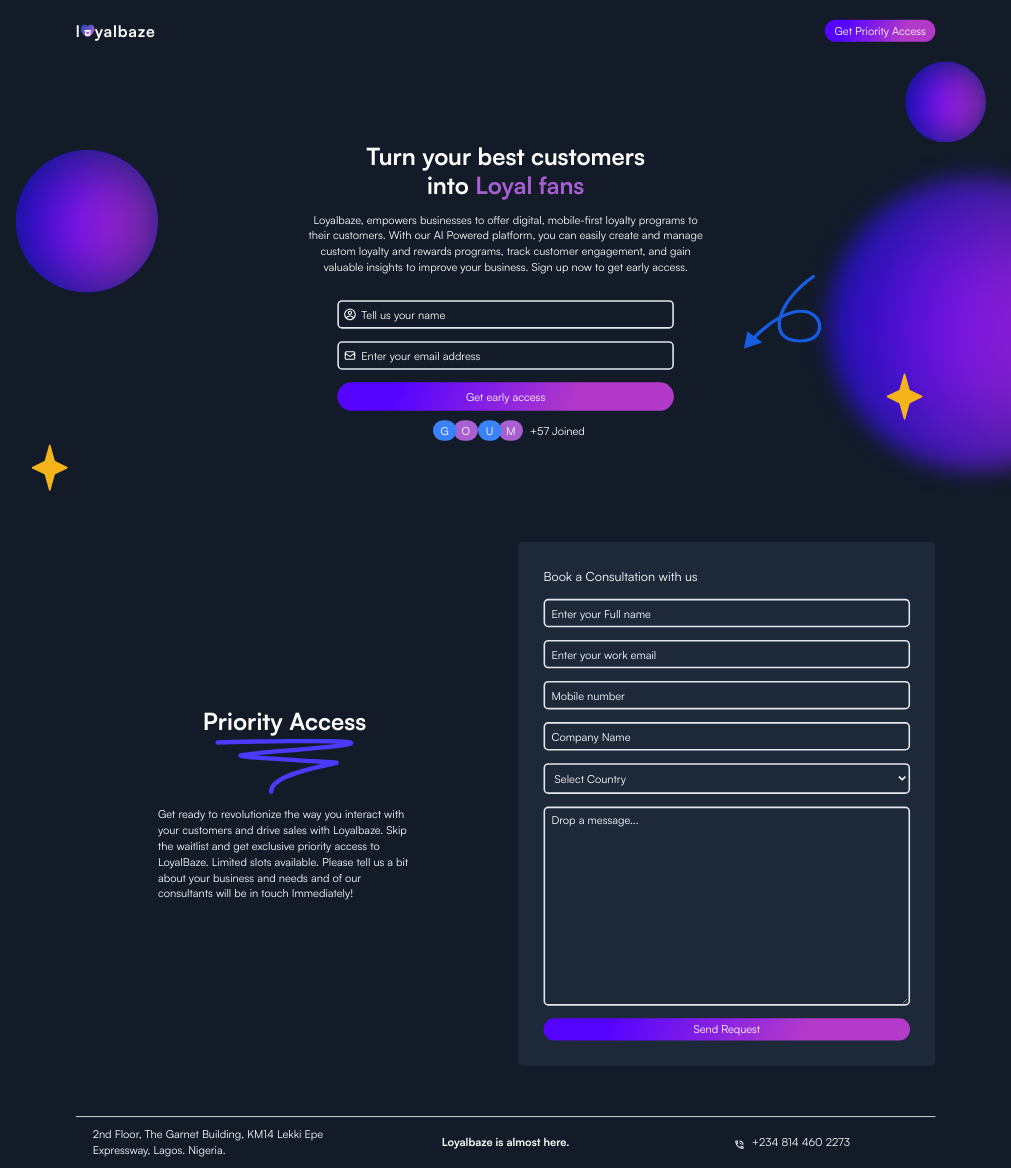
Repository: Jerified/loyalbaze
Page: /
These files come from the project's save history. The page is drawn as it stood at one moment and after the next save; the edit follows.
The browser window is 1280 px wide. The pictures show the whole page, at 79% of full size.
The project was rebuilt for these pictures with package versions that can differ from the ones it lists, and the page was loaded fresh each time. The framework's server and built-in components were replaced by stand-ins that run in the browser. Also part of the build but not shown: next.config.js.

Above is the page before, as saved 2023-02-14 17:44:24.

### src/app/layout.tsx
import Header from '@/components/Header'
import localFont from '@next/font/local'
import './globals.css'
// import Providers from '../../';

const satoshi = localFont({
  src: [
    {
      path: '../../public/fonts/Satoshi-Regular.woff2',
      weight: '400',
    },
    {
      path: '../../public/fonts/Satoshi-Bold.woff2',
      weight: '700',
    },
  ]
})

export default function RootLayout({
  children,
}: {
  children: React.ReactNode
}) {
  return (
    <html lang="en">
      <head />
      <body className={satoshi.className}>
          <Header />
          {children}
      </body>
    </html>
  );
}

### src/app/page.tsx
import Contents from "@/components/Contents";
import Footer from "@/components/Footer";
import Form from "@/components/Form";


export default async function Home() {

  return  (
  <main className=''>
    <Contents />
    <Form />
    <Footer />
  </main>
  )
}

### src/components/Header.tsx
import { AiFillHome } from "react-icons/ai";
import { BsFillInfoCircleFill } from "react-icons/bs";
import Link from "next/link";

export default function Header() {
  return (
    <div className="flex justify-between px-8 sm:mx-auto items-center py-6 max-w-6xl mx-auto">
      <div className="text-xl font-semibold tracking-wider flex items-end justify-end">
        l
        <div className="relative">
          <svg
            width="10"
            height="8"
            viewBox="0 0 10 8"
            fill="none"
            xmlns="http://www.w3.org/2000/svg"
            className="absolute bottom-2 right-[0.23rem]"
          >
            <path
              d="M8.42822 3V5.57143C8.42822 6.51857 7.66108 7.28571 6.71394 7.28571H3.28537C2.33822 7.28571 1.57108 6.51857 1.57108 5.57143V3C1.57108 2.76429 1.76394 2.57143 1.99965 2.57143H2.84394C3.07965 2.57143 3.27251 2.76429 3.27251 3V4.34571C3.27295 4.5733 3.36327 4.7915 3.5238 4.95283C3.68432 5.11416 3.90207 5.20556 4.12965 5.20714C4.29251 5.20714 4.45537 5.16 4.59679 5.06571L5.00394 4.8L5.38108 5.05286C5.64251 5.22857 5.97679 5.25 6.25537 5.1C6.53822 4.95 6.71394 4.66286 6.71394 4.34143V3C6.71394 2.76429 6.90679 2.57143 7.14251 2.57143H7.99965C8.23537 2.57143 8.42822 2.76429 8.42822 3ZM9.07108 0.857143V1.28571C9.07108 1.75714 8.84394 2.14286 8.21394 2.14286H1.78537C1.12965 2.14286 0.928223 1.75714 0.928223 1.28571V0.857143C0.928223 0.385714 1.12965 0 1.78537 0H8.21394C8.84394 0 9.07108 0.385714 9.07108 0.857143Z"
              fill="white"
            />
          </svg>

          <span className="w-">
            <svg
              width="18"
              height="30"
              viewBox="0 0 34 30"
              fill="none"
              xmlns="http://www.w3.org/2000/svg"
            >
              <path
                d="M24.4002 0.169922C21.3835 0.169922 18.6835 1.63659 17.0002 3.88659C16.1404 2.73461 15.0239 1.79891 13.7394 1.15375C12.4549 0.508585 11.0376 0.171731 9.60016 0.169922C4.4835 0.169922 0.333496 4.33659 0.333496 9.48659C0.333496 11.4699 0.650163 13.3033 1.20016 15.0033C3.8335 23.3366 11.9502 28.3199 15.9668 29.6866C16.5335 29.8866 17.4668 29.8866 18.0335 29.6866C22.0502 28.3199 30.1668 23.3366 32.8002 15.0033C33.3502 13.3033 33.6668 11.4699 33.6668 9.48659C33.6668 4.33659 29.5168 0.169922 24.4002 0.169922Z"
                fill="url(#paint0_linear_1098_9360)"
              />
              <defs>
                <linearGradient
                  id="paint0_linear_1098_9360"
                  x1="2.3335"
                  y1="0.333333"
                  x2="19.3335"
                  y2="22.5"
                  gradientUnits="userSpaceOnUse"
                >
                  <stop stop-color="#175CE1" stop-opacity="0.71" />
                  <stop offset="1" stop-color="#A75FD2" stop-opacity="0.94" />
                </linearGradient>
              </defs>
            </svg>
          </span>
        </div>
        yalbaze
      </div>

      <button className=" px-3 py-1 rounded-full bg-[linear-gradient(112.92deg,_#5404FF_18.35%,rgba(189,_59,_210,_0.94)_71.49%)] text-sm">
        <div className="bg-inherit">Get Priority Access</div>
      </button>
    </div>
  );
}

### src/app/globals.css


@tailwind base;
@tailwind components;
@tailwind utilities;

body{
  background-color: #121B27;
  color: white;
  font-family: 'satoshi';
}

@layer components {
  input {
  @apply bg-inherit border-2 w-full rounded-md py-1 px-2 pl-2 placeholder:text-[14px] caret-[#A75FD2] outline-none placeholder:text-white
  }
}

### src/components/Contents.tsx
import React from 'react'
import {CgProfile} from 'react-icons/cg'
import { HiOutlineMail } from "react-icons/hi";

const Contents = () => {
  return (
    <div className="pt-8 lg:pt-0 pb-16 relative px-8">
      <div className="hidden lg:flex justify-end">
        <svg
          width="102"
          height="102"
          viewBox="0 0 102 102"
          fill="none"
          xmlns="http://www.w3.org/2000/svg"
        >
          <g filter="url(#filter0_i_1098_9860)">
            <circle
              cx="51"
              cy="51"
              r="51"
              fill="url(#paint0_linear_1098_9860)"
            />
          </g>
          <defs>
            <filter
              id="filter0_i_1098_9860"
              x="0"
              y="0"
              width="103.02"
              height="104.04"
              filterUnits="userSpaceOnUse"
              color-interpolation-filters="sRGB"
            >
              <feFlood flood-opacity="0" result="BackgroundImageFix" />
              <feBlend
                mode="normal"
                in="SourceGraphic"
                in2="BackgroundImageFix"
                result="shape"
              />
              <feColorMatrix
                in="SourceAlpha"
                type="matrix"
                values="0 0 0 0 0 0 0 0 0 0 0 0 0 0 0 0 0 0 127 0"
                result="hardAlpha"
              />
              <feOffset dx="1.02" dy="2.04" />
              <feGaussianBlur stdDeviation="25.5" />
              <feComposite
                in2="hardAlpha"
                operator="arithmetic"
                k2="-1"
                k3="1"
              />
              <feColorMatrix
                type="matrix"
                values="0 0 0 0 0 0 0 0 0 0.113725 0 0 0 0 0.431373 0 0 0 1 0"
              />
              <feBlend
                mode="normal"
                in2="shape"
                result="effect1_innerShadow_1098_9860"
              />
            </filter>
            <linearGradient
              id="paint0_linear_1098_9860"
              x1="5.1"
              y1="70.89"
              x2="100.108"
              y2="75.3654"
              gradientUnits="userSpaceOnUse"
            >
              <stop stop-color="#5404FF" />
              <stop offset="0.899616" stop-color="#BA2AD1" />
            </linearGradient>
          </defs>
        </svg>
      </div>
      <div className="absolute left-5 hidden lg:block -z-1">
        <svg
          width="180"
          height="200"
          viewBox="0 0 200 200"
          fill="none"
          xmlns="http://www.w3.org/2000/svg"
        >
          <g filter="url(#filter0_i_3346_6249)">
            <circle
              cx="100"
              cy="100"
              r="100"
              fill="url(#paint0_linear_3346_6249)"
            />
          </g>
          <defs>
            <filter
              id="filter0_i_3346_6249"
              x="0"
              y="0"
              width="202"
              height="204"
              filterUnits="userSpaceOnUse"
              color-interpolation-filters="sRGB"
            >
              <feFlood flood-opacity="0" result="BackgroundImageFix" />
              <feBlend
                mode="normal"
                in="SourceGraphic"
                in2="BackgroundImageFix"
                result="shape"
              />
              <feColorMatrix
                in="SourceAlpha"
                type="matrix"
                values="0 0 0 0 0 0 0 0 0 0 0 0 0 0 0 0 0 0 127 0"
                result="hardAlpha"
              />
              <feOffset dx="2" dy="4" />
              <feGaussianBlur stdDeviation="50" />
              <feComposite
                in2="hardAlpha"
                operator="arithmetic"
                k2="-1"
                k3="1"
              />
              <feColorMatrix
                type="matrix"
                values="0 0 0 0 0 0 0 0 0 0.113725 0 0 0 0 0.431373 0 0 0 1 0"
              />
              <feBlend
                mode="normal"
                in2="shape"
                result="effect1_innerShadow_3346_6249"
              />
            </filter>
            <linearGradient
              id="paint0_linear_3346_6249"
              x1="10"
              y1="139"
              x2="196.289"
              y2="147.775"
              gradientUnits="userSpaceOnUse"
            >
              <stop stop-color="#5404FF" />
              <stop offset="0.899616" stop-color="#BA2AD1" />
            </linearGradient>
          </defs>
        </svg>
      </div>
      <div className="absolute right-0 hidden lg:block -z-1">
        <svg
          width="260"
          height="460"
          viewBox="0 0 279 460"
          fill="none"
          xmlns="http://www.w3.org/2000/svg"
        >
          <g filter="url(#filter0_if_3250_3646)">
            <circle
              cx="230"
              cy="230"
              r="200"
              fill="url(#paint0_linear_3250_3646)"
            />
          </g>
          <defs>
            <filter
              id="filter0_if_3250_3646"
              x="0"
              y="0"
              width="460"
              height="460"
              filterUnits="userSpaceOnUse"
              color-interpolation-filters="sRGB"
            >
              <feFlood flood-opacity="0" result="BackgroundImageFix" />
              <feBlend
                mode="normal"
                in="SourceGraphic"
                in2="BackgroundImageFix"
                result="shape"
              />
              <feColorMatrix
                in="SourceAlpha"
                type="matrix"
                values="0 0 0 0 0 0 0 0 0 0 0 0 0 0 0 0 0 0 127 0"
                result="hardAlpha"
              />
              <feOffset dx="4" dy="8" />
              <feGaussianBlur stdDeviation="100" />
              <feComposite
                in2="hardAlpha"
                operator="arithmetic"
                k2="-1"
                k3="1"
              />
              <feColorMatrix
                type="matrix"
                values="0 0 0 0 0 0 0 0 0 0.113725 0 0 0 0 0.431373 0 0 0 1 0"
              />
              <feBlend
                mode="normal"
                in2="shape"
                result="effect1_innerShadow_3250_3646"
              />
              <feGaussianBlur
                stdDeviation="15"
                result="effect2_foregroundBlur_3250_3646"
              />
            </filter>
            <linearGradient
              id="paint0_linear_3250_3646"
              x1="50"
              y1="308"
              x2="422.578"
              y2="325.551"
              gradientUnits="userSpaceOnUse"
            >
              <stop stop-color="#5404FF" />
              <stop offset="0.899616" stop-color="#BA2AD1" />
            </linearGradient>
          </defs>
        </svg>
      </div>

      <h1 className="font-bold text-center text-3xl max-w-sm mx-auto">
        Turn your best customers into{" "}
        <span className="text-[#A75FD2] ">Loyal fans</span>
      </h1>
      <p className="text-center pt-4 max-w-[22rem] md:max-w-lg mx-auto text-sm z-100">
        Loyalbaze, empowers businesses to offer digital, mobile-first loyalty
        programs to their customers. With our AI Powered platform, you can
        easily create and manage custom loyalty and rewards programs, track
        customer engagement, and gain valuable insights to improve your
        business. Sign up now to get early access.
      </p>
      <form
        action=""
        className="pt-8 grid place-items-center gap-4 pb-3 relative"
      >
        <div className="absolute right-[13rem] top-0 hidden lg:block">
          <svg
            width="99"
            height="94"
            viewBox="0 0 99 94"
            fill="none"
            xmlns="http://www.w3.org/2000/svg"
          >
            <path
              d="M89.8737 3.49999C90.82 2.84772 91.0138 1.6312 90.3065 0.782795C89.5992 -0.0656061 88.2586 -0.224608 87.3123 0.427655L89.8737 3.49999ZM75.1908 83.4453L75.2913 85.3794L75.1908 83.4453ZM0.487821 93.343L23.7889 85.632L5.03935 71.2977L0.487821 93.343ZM87.3123 0.427655C63.2326 17.0251 47.5056 38.4428 43.9972 55.6668C42.2394 64.2962 43.5064 72.1624 48.7779 77.7112C54.0665 83.278 62.9501 86.0571 75.2913 85.3794L75.0903 81.5112C63.5102 82.147 56.1583 79.4988 52.0369 75.1606C47.8985 70.8045 46.5811 64.288 48.2042 56.3198C51.4574 40.3488 66.3528 19.7123 89.8737 3.49999L87.3123 0.427655ZM75.2913 85.3794C87.4389 84.7124 94.9158 78.9117 97.5774 71.5997C100.191 64.4195 98.034 56.077 91.6943 50.4846C85.2748 44.8217 74.8195 42.1622 61.2105 45.8016C47.6707 49.4225 30.939 59.2723 11.4376 78.6706L14.5831 81.2586C33.8025 62.1408 49.8871 52.8556 62.3705 49.5172C74.7847 46.1974 83.5594 48.7545 88.6881 53.2787C93.8967 57.8734 95.6063 64.6887 93.5159 70.4314C91.4735 76.0424 85.6761 80.9299 75.0903 81.5112L75.2913 85.3794Z"
              fill="#175CE1"
            />
          </svg>
        </div>
        <div className="w-[80%] md:w-[60%] lg:max-w-[35%] relative flex items-center">
          <input
            type="text"
            className=" bg-inherit border-2 w-full rounded-md py-1 px-2 pl-7 placeholder:text-[14px] "
            placeholder="Tell us your name"
          />
          <CgProfile className="absolute left-2 top-[50%] -translate-y-[50%]" />
        </div>
        <div className="w-[80%] md:w-[60%] lg:max-w-[35%] relative flex items-center">
          <input
            type="text"
            className=" bg-inherit border-2 w-full rounded-md py-1 px-2 pl-7 placeholder:text-[14px] placeholder:pt-[-1px] "
            placeholder="Enter your email address"
          />
          <HiOutlineMail className="absolute left-2 top-[50%] -translate-y-[50%]" />
        </div>
        <button className="text-sm bg-[linear-gradient(112.92deg,_#5404FF_18.35%,rgba(189,_59,_210,_0.94)_71.49%)] rounded-full w-[80%] md:w-[60%] lg:max-w-[35%] py-2">
          Get early access
        </button>
        <div className="absolute bottom-0  right-0 lg:right-20">
          <svg
            width="46"
            height="60"
            viewBox="0 0 46 60"
            fill="none"
            xmlns="http://www.w3.org/2000/svg"
          >
            <path
              d="M22.0364 1.47205C22.3075 0.495278 23.6925 0.495274 23.9636 1.47205L29.3625 20.9258C29.4386 21.2002 29.6282 21.4291 29.8836 21.5551L45.1824 29.1032C45.9257 29.47 45.9257 30.53 45.1823 30.8968L29.8836 38.4449C29.6282 38.5709 29.4386 38.7998 29.3625 39.0742L23.9636 58.5279C23.6925 59.5047 22.3075 59.5047 22.0364 58.528L16.6375 39.0742C16.5614 38.7998 16.3718 38.5709 16.1164 38.4449L0.817651 30.8968C0.0742599 30.53 0.0742621 29.47 0.817654 29.1032L16.1164 21.5551C16.3718 21.4291 16.5614 21.2002 16.6375 20.9258L22.0364 1.47205Z"
              fill="#F4B41A"
            />
          </svg>
        </div>
      </form>
      <div className="flex relative text-sm justify-center items-center">
        <p className="bg-blue-500 rounded-full w-fit px-[10px] py-[3px] relative  left-2 z-10">
          G
        </p>
        <p className="bg-[#A75FD2] rounded-full w-fit px-[10px] py-[3px] relative left-1">
          O
        </p>
        <p className="bg-blue-500 rounded-full w-fit px-[10px] py-[3px] relative left-1">
          U
        </p>
        <p className="bg-[#A75FD2] rounded-full w-fit px-[10px] py-[3px]">M</p>
        <p className="pl-2 font-medium">+57 Joined</p>
      </div>
      <div className="absolute bottom-0 lg:left-10">
        <svg
          width="46"
          height="60"
          viewBox="0 0 46 60"
          fill="none"
          xmlns="http://www.w3.org/2000/svg"
        >
          <path
            d="M22.0364 1.47205C22.3075 0.495278 23.6925 0.495274 23.9636 1.47205L29.3625 20.9258C29.4386 21.2002 29.6282 21.4291 29.8836 21.5551L45.1824 29.1032C45.9257 29.47 45.9257 30.53 45.1823 30.8968L29.8836 38.4449C29.6282 38.5709 29.4386 38.7998 29.3625 39.0742L23.9636 58.5279C23.6925 59.5047 22.3075 59.5047 22.0364 58.528L16.6375 39.0742C16.5614 38.7998 16.3718 38.5709 16.1164 38.4449L0.817651 30.8968C0.0742599 30.53 0.0742621 29.47 0.817654 29.1032L16.1164 21.5551C16.3718 21.4291 16.5614 21.2002 16.6375 20.9258L22.0364 1.47205Z"
            fill="#F4B41A"
          />
        </svg>
      </div>
    </div>
  );
}

export default Contents

### src/components/Footer.tsx
import React from 'react'
import {MdOutlinePhoneInTalk} from 'react-icons/md'

const Footer = () => {
  return (
    <div className='max-w-6xl mx-auto px-8'>
      <div
        className="border-b border-white
        "
      />
      <div className="lg:grid lg:grid-cols-3 text-center gap-y-3 text-sm py-3 lg:gap-0 items-center">
        <div className="font-semibold order-2 ">Loyalbaze is almost here.</div>
        <div className="max-w-[20rem] mx-auto order-1 lg:text-start">
          2nd Floor, The Garnet Building, KM14 Lekki Epe Expressway, Lagos.
          Nigeria.
        </div>
        <div className="flex justify-center items-center gap-2 order-3 lg:items-end">
          <MdOutlinePhoneInTalk />
          <p className="">+234 814 460 2273</p>
        </div>
      </div>
    </div>
  );
}

export default Footer

### src/components/Form.tsx
import React from "react";

const Form = () => {
  return (
    <>
      <main className="lg:grid grid-cols-2 gap-8 items-center max-w-6xl mx-auto px-8">
        <div className="text-center lg:text-start lg:place-items-center">
          <h1 className="font-semibold text-3xl ">Priority Access</h1>
          <div className="grid place-items-center pt-1">
            <svg
              width="176"
              height="70"
              viewBox="0 0 176 70"
              fill="none"
              xmlns="http://www.w3.org/2000/svg"
            >
              <path
                d="M3.5 4.8585C26.7327 3.78401 160.807 1.27686 171.613 4.8585C185.121 9.33556 39.9697 17.9315 32.6758 21.155C26.8406 23.7338 146.678 29.5718 153.702 30.2882C160.726 31.0045 70.2263 42.3583 71.3069 67"
                stroke="#4A3AFF"
                stroke-width="5.55173"
                stroke-linecap="round"
              />
            </svg>
          </div>
          <p className="pt-4 text-sm max-w-[22rem] md:max-w-lg lg:max-w-[20rem] mx-auto lg:m-0">
            Get ready to revolutionize the way you interact with your customers
            and drive sales with Loyalbaze. Skip the waitlist and get exclusive
            priority access to LoyalBaze. Limited slots available. Please tell
            us a bit about your business and needs and of our consultants will
            be in touch Immediately!
          </p>
        </div>
        <div className=" -auto">
          <form action="" className="py-8 bg-[#1D2939] my-16 rounded-md">
            <div className=" flex flex-col gap-4 mx-auto px-6 lg:px-8">
              <p className="">Book a Consultation with us</p>
              <input
                type="text"
                className="input"
                placeholder="Enter your Full name"
              />
              <input
                type="email"
                className="input"
                placeholder="Enter your work email"
              />
              <input type="tel" className="input" placeholder="Mobile number" />
              <input type="text" className="input" placeholder="Company Name" />
              <select
                name="Select Country"
                id=""
                className=" bg-inherit border-2 w-full rounded-md py-2 px-2 pl-2 placeholder:text-[14px] caret-[#A75FD2] outline-none text-[14px]"
              >
                <option
                  value="Select Country"
                  className="placeholder:text-[14px] text-[14px]"
                >
                  Select Country
                </option>
              </select>
              <textarea
                name=""
                id=""
                cols="0"
                rows="10"
                placeholder="Drop a message..."
                className=" bg-inherit border-2 w-full rounded-md py-1 px-2 pl-2 placeholder:text-[14px] caret-[linear-gradient(112.92deg,_#5404FF_18.35%,rgba(189,_59,_210,_0.94)_71.49%)] outline-none resize-non placeholder:text-white"
              />
              <button className=" px-3 py-1 rounded-full bg-[linear-gradient(112.92deg,_#5404FF_18.35%,rgba(189,_59,_210,_0.94)_71.49%)] text-sm">
                Send Request
              </button>
            </div>
          </form>
        </div>
      </main>
    </>
  );
};

export default Form;

### tailwind.config.js
/** @type {import('tailwindcss').Config} */
module.exports = {
  content: ["./src/**/*.{html,js,jsx,ts,tsx}"],
  theme: {
    fontFamily: {
      'satochi': ['Satoshi', 'sans-serif'],
    },
    extend: {},
  },
  plugins: [],
  darkMoode:"class"
}

After the next save:
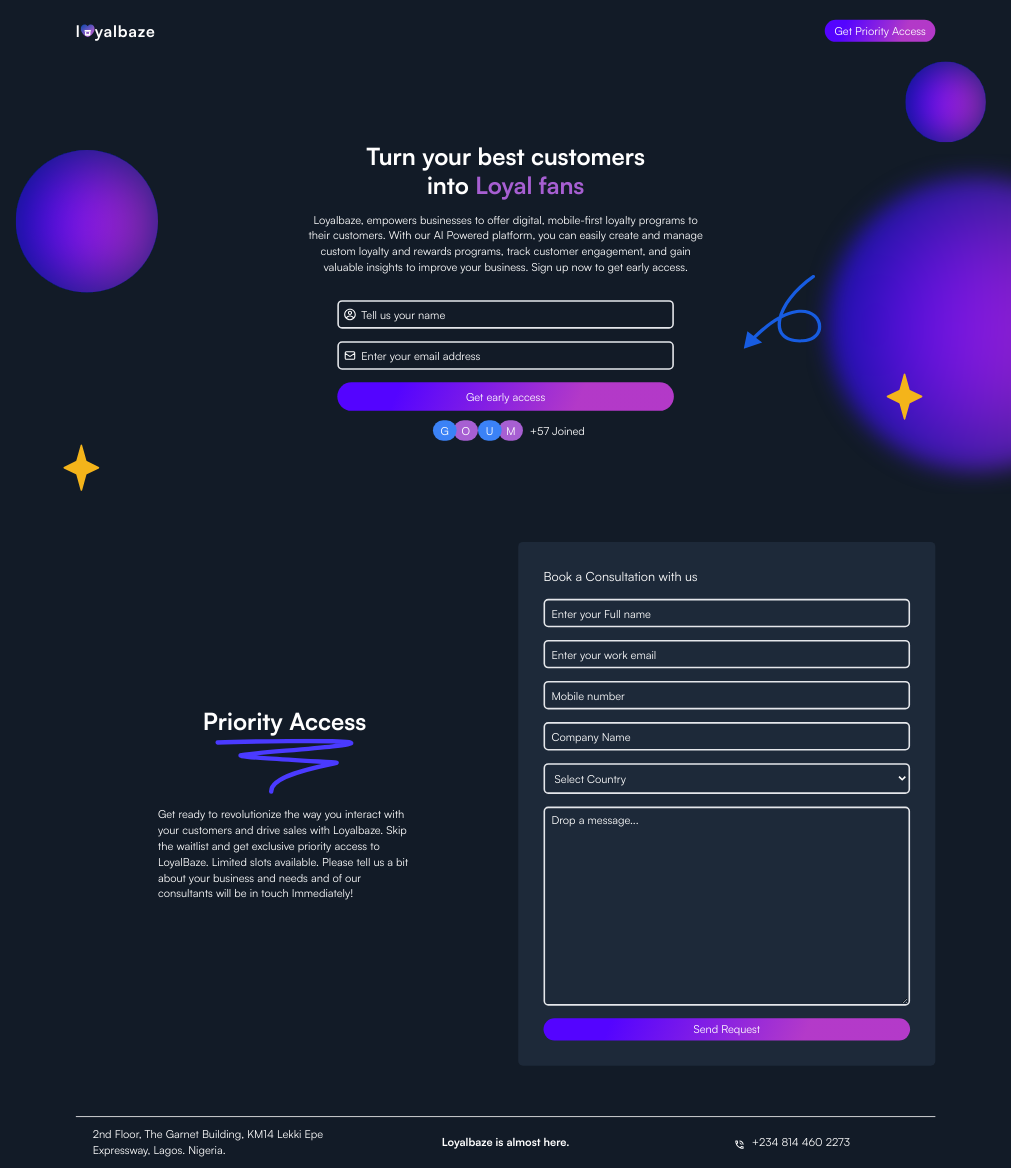
Saved 33 s later.
--- a/src/components/Contents.tsx
+++ b/src/components/Contents.tsx
@@ -299,7 +299,7 @@
         <p className="bg-[#A75FD2] rounded-full w-fit px-[10px] py-[3px]">M</p>
         <p className="pl-2 font-medium">+57 Joined</p>
       </div>
-      <div className="absolute bottom-0 lg:left-10">
+      <div className="absolute bottom-0 lg:left-20">
         <svg
           width="46"
           height="60"
